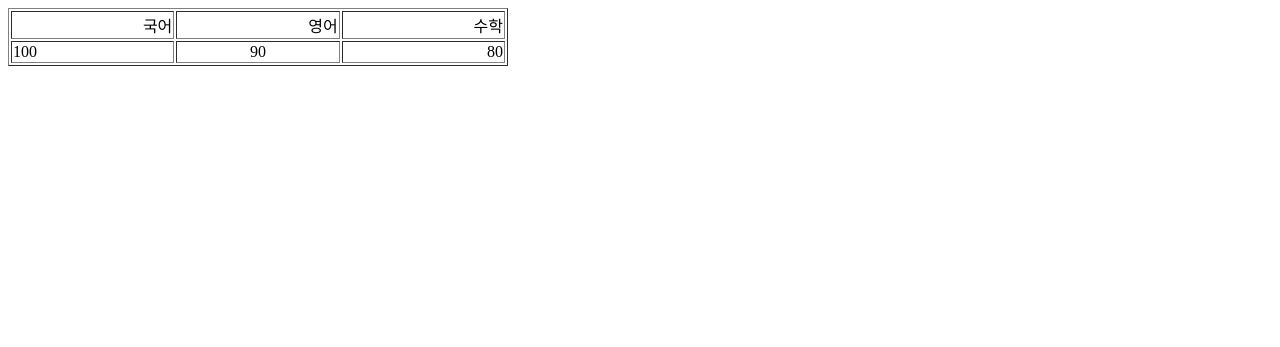
Repository: bjKim2/JSP
Page: HTML/src/main/webapp/Lec03.html
The author's editor kept a copy of each file at every save. The page is drawn from the files as they stood at one save, then again after the next save.
The browser window is 1280 px wide. The pictures show the whole page.

Above is the page before, as saved 2022-03-15 02:11:31.

### HTML/src/main/webapp/Lec03.html
<!DOCTYPE html>
<html>
	<head>
		<meta charset="UTF-8">
		<title>Insert title here</title>
	</head>
	<body>
		<table border = '1' width = "500">

			<tr align = right>
				<td>국어</td>
				<td>영어</td>
				<td>수학</td>
			</tr>
			<tr>
				<td>100</td>
				<td align = center>90</td>
				<td align = right>80</td>
			</tr>


		</table>
	</body>
</html>

After the next save:
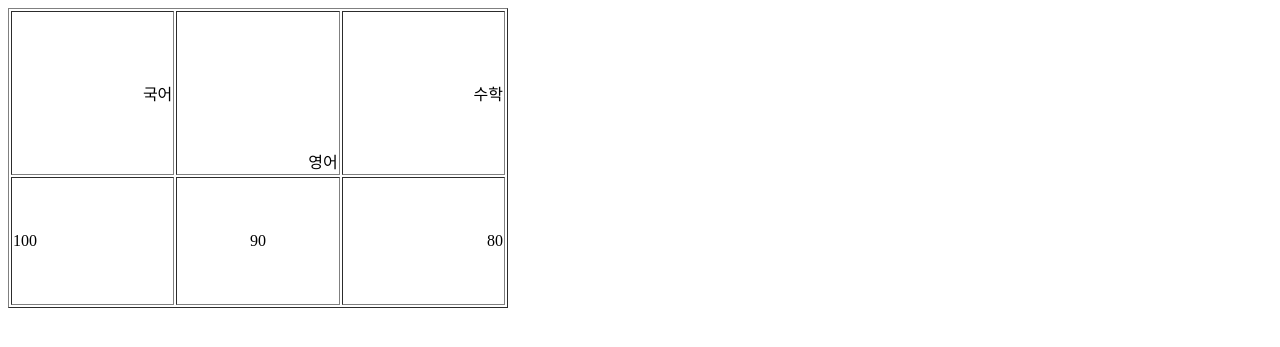
Saved 74 s later.
--- a/HTML/src/main/webapp/Lec03.html
+++ b/HTML/src/main/webapp/Lec03.html
@@ -5,11 +5,11 @@
 		<title>Insert title here</title>
 	</head>
 	<body>
-		<table border = '1' width = "500">
+		<table border = '1' width = "500" height = "300">
 
 			<tr align = right>
 				<td>국어</td>
-				<td>영어</td>
+				<td valign = bottom>영어</td>
 				<td>수학</td>
 			</tr>
 			<tr>
